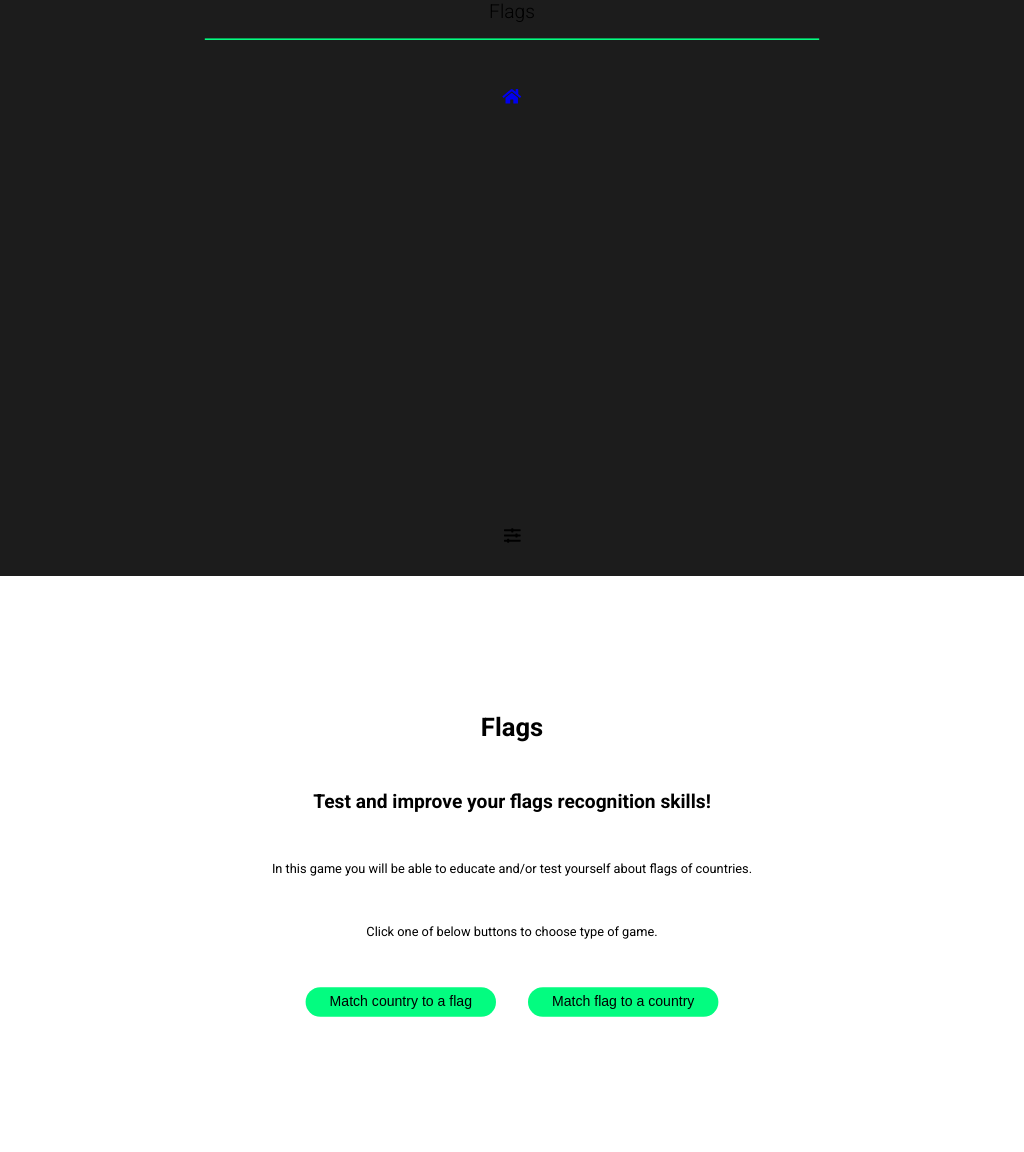
Repository: RXBVK/Flags
Page: /
These files come from the project's save history. The page is drawn as it stood at one moment and after the next save; the edit follows.
The browser window is 1280 px wide. The pictures show the whole page, at 80% of full size.
The project was rebuilt for these pictures with package versions that can differ from the ones it lists, and the page was loaded fresh each time.

Above is the page before, as saved 2021-06-29 16:38:43.

### public/index.html
<!DOCTYPE html>
<html lang="en">

<head>
  <meta charset="utf-8" />
  <link rel="icon" href="%PUBLIC_URL%/favicon.ico" />
  <meta name="viewport" content="width=device-width, initial-scale=1" />
  <meta name="theme-color" content="#000000" />
  <meta name="description" content="Web site created using create-react-app" />
  <link rel="apple-touch-icon" href="%PUBLIC_URL%/logo192.png" />
  <!--
      manifest.json provides metadata used when your web app is installed on a
      user's mobile device or desktop. See https://developers.google.com/web/fundamentals/web-app-manifest/
    -->
  <link rel="manifest" href="%PUBLIC_URL%/manifest.json" />
  <link rel="preconnect" href="https://fonts.googleapis.com">
  <link rel="preconnect" href="https://fonts.gstatic.com" crossorigin>
  <link href="https://fonts.googleapis.com/css2?family=Roboto:wght@100;300;400;500;700;900&display=swap"
    rel="stylesheet">
  <!--
      Notice the use of %PUBLIC_URL% in the tags above.
      It will be replaced with the URL of the `public` folder during the build.
      Only files inside the `public` folder can be referenced from the HTML.

      Unlike "/favicon.ico" or "favicon.ico", "%PUBLIC_URL%/favicon.ico" will
      work correctly both with client-side routing and a non-root public URL.
      Learn how to configure a non-root public URL by running `npm run build`.
    -->
  <title>Learn Countries Flags</title>
</head>

<body>
  <noscript>You need to enable JavaScript to run this app.</noscript>
  <div id="root"></div>
  <!--
      This HTML file is a template.
      If you open it directly in the browser, you will see an empty page.

      You can add webfonts, meta tags, or analytics to this file.
      The build step will place the bundled scripts into the <body> tag.

      To begin the development, run `npm start` or `yarn start`.
      To create a production bundle, use `npm run build` or `yarn build`.
    -->
</body>

</html>

### src/App.js
import Navigation from "./components/Navigation/Navigation";
import { BrowserRouter as Router } from "react-router-dom";

function App() {
  return (
    <>
      <Router>
        <Navigation />
      </Router>
    </>
  );
}

export default App;

### src/components/Navigation/Navigation.js
import React, { useState } from "react";
import { Switch, Route, NavLink } from "react-router-dom";
import { faHome, faSlidersH } from "@fortawesome/free-solid-svg-icons";
import { FontAwesomeIcon } from "@fortawesome/react-fontawesome";
import Divider from "../../utils/Divider";
import Home from "../Home/Home";
import "./Navigation.css";

export default function Navigation() {
  return (
    <>
      <div className="navigation">
        <logo className="navigation__logo">Flags</logo>
        <Divider width={60} height={3} />
        <div className="navigation__menu">
          <NavLink exact to="/">
            <FontAwesomeIcon icon={faHome} />
          </NavLink>
        </div>
        <FontAwesomeIcon icon={faSlidersH} />
      </div>
      <Switch>
        <Route exact path="/">
          <Home />
        </Route>
        {/* <Route>
                        <NotFound />
                    </Route> */}
      </Switch>
    </>
  );
}

### src/utils/Divider.js
import React from "react";

export default function Divider(props) {
  return (
    <div
      style={{
        width: `${props.width}%`,
        height: `${props.height}px`,
        backgroundColor: "#03fc80",
      }}
    ></div>
  );
}

### src/components/Home/Home.js
import React from "react";

export default function Home() {
  return (
    <div className="container">
      <h1>Flags</h1>
      <h2>Test and improve your flags recognition skills!</h2>
      <p>
        In this game you will be able to educate and/or test yourself about
        flags of countries.
      </p>
      <p>Click one of below buttons to choose type of game.</p>
      <div>
        <button className="button button--basic">
          Match country to a flag
        </button>
        <button className="button button--basic">
          Match flag to a country
        </button>
      </div>
    </div>
  );
}

### src/components/Navigation/Navigation.css
.container {
  position: relative;
  display: -webkit-box;
  display: -ms-flexbox;
  display: flex;
  -webkit-box-orient: vertical;
  -webkit-box-direction: normal;
      -ms-flex-direction: column;
          flex-direction: column;
  -webkit-box-pack: center;
      -ms-flex-pack: center;
          justify-content: center;
  -webkit-box-align: center;
      -ms-flex-align: center;
          align-items: center;
  text-align: center;
  width: 100%;
  height: 100vh;
  overflow-y: auto;
}

.button {
  border: none;
  border-radius: 25px;
  cursor: pointer;
  -webkit-transition: all 200ms linear;
  transition: all 200ms linear;
}

.button--basic {
  min-width: 200px;
  min-height: 35px;
  background-color: #03fc80;
  font-size: 1.1em;
  margin: 0 20px;
  padding: 8px 30px;
}

.button--basic:hover {
  -webkit-filter: brightness(80%);
          filter: brightness(80%);
}

.button--answer {
  min-width: 250px;
  min-height: 40px;
  font-size: 1em;
  padding: 8px 30px;
  background-color: transparent;
  color: white;
  border: 2px solid #03fc80;
}

.button--answer:hover {
  background-color: #03fc80;
  color: black;
}

.button--light-border {
  border: 1px solid #03fc80;
  border-radius: 0;
  padding: 10px 40px;
}

.button--light-border:hover {
  background-color: #03fc80;
  color: black;
}

.game__container {
  display: -webkit-box;
  display: -ms-flexbox;
  display: flex;
  -webkit-box-orient: vertical;
  -webkit-box-direction: normal;
      -ms-flex-direction: column;
          flex-direction: column;
  -webkit-box-align: center;
      -ms-flex-align: center;
          align-items: center;
  -webkit-box-pack: center;
      -ms-flex-pack: center;
          justify-content: center;
  height: 100%;
  width: 100%;
}

.answers {
  display: -ms-grid;
  display: grid;
  margin: 60px 0 20px 0;
}

@media (max-width: 1000px) {
  .answers {
    -ms-grid-columns: (1fr)[1];
        grid-template-columns: repeat(1, 1fr);
    gap: 25px 0;
    width: 95%;
  }
}

@media (min-width: 1001px) {
  .answers {
    -ms-grid-columns: (1fr)[2];
        grid-template-columns: repeat(2, 1fr);
    gap: 25px 20px;
  }
}

::-webkit-scrollbar {
  width: 10px;
}

/* Track */
::-webkit-scrollbar-track {
  background: #1c1c1c;
}

/* Handle */
::-webkit-scrollbar-thumb {
  background: #2f2f2f;
  border-radius: 10px;
}

/* Handle on hover */
::-webkit-scrollbar-thumb:hover {
  background: #393939;
}

.game__score,
.game__time {
  position: absolute;
  bottom: 30px;
}

.game__score {
  left: 30px;
}

.game__time {
  right: 30px;
}

@media (min-width: 1001px) {
  .container > * {
    margin: 30px 0;
  }
}

.navigation {
  min-width: 150px;
  height: 100vh;
  background-color: #1c1c1c;
  display: -webkit-box;
  display: -ms-flexbox;
  display: flex;
  -webkit-box-orient: vertical;
  -webkit-box-direction: normal;
      -ms-flex-direction: column;
          flex-direction: column;
  -webkit-box-align: center;
      -ms-flex-align: center;
          align-items: center;
  overflow-y: auto;
}

.navigation > * {
  margin: 20px 0;
}

.navigation > :first-child {
  margin-top: 20px;
}

.navigation > :last-child {
  margin-bottom: 40px;
}

.navigation .navigation__logo {
  font-size: 1.5em;
  position: relative;
  font-weight: 300;
  margin: 0;
}

.navigation .navigation__menu {
  display: -webkit-box;
  display: -ms-flexbox;
  display: flex;
  -webkit-box-orient: vertical;
  -webkit-box-direction: normal;
      -ms-flex-direction: column;
          flex-direction: column;
  -webkit-box-align: center;
      -ms-flex-align: center;
          align-items: center;
  height: 100%;
}

.navigation .navigation__menu > * {
  margin: 20px 0;
}

.navigation svg {
  font-size: 1.3em;
  cursor: pointer;
}

@media (max-width: 1000px) {
  .navigation {
    display: none;
  }
}
/*# sourceMappingURL=Navigation.css.map */

Loaded but not shown: src/index.js (common file); src/index.css (common file); src/reportWebVitals.js (common file)

After the next save:
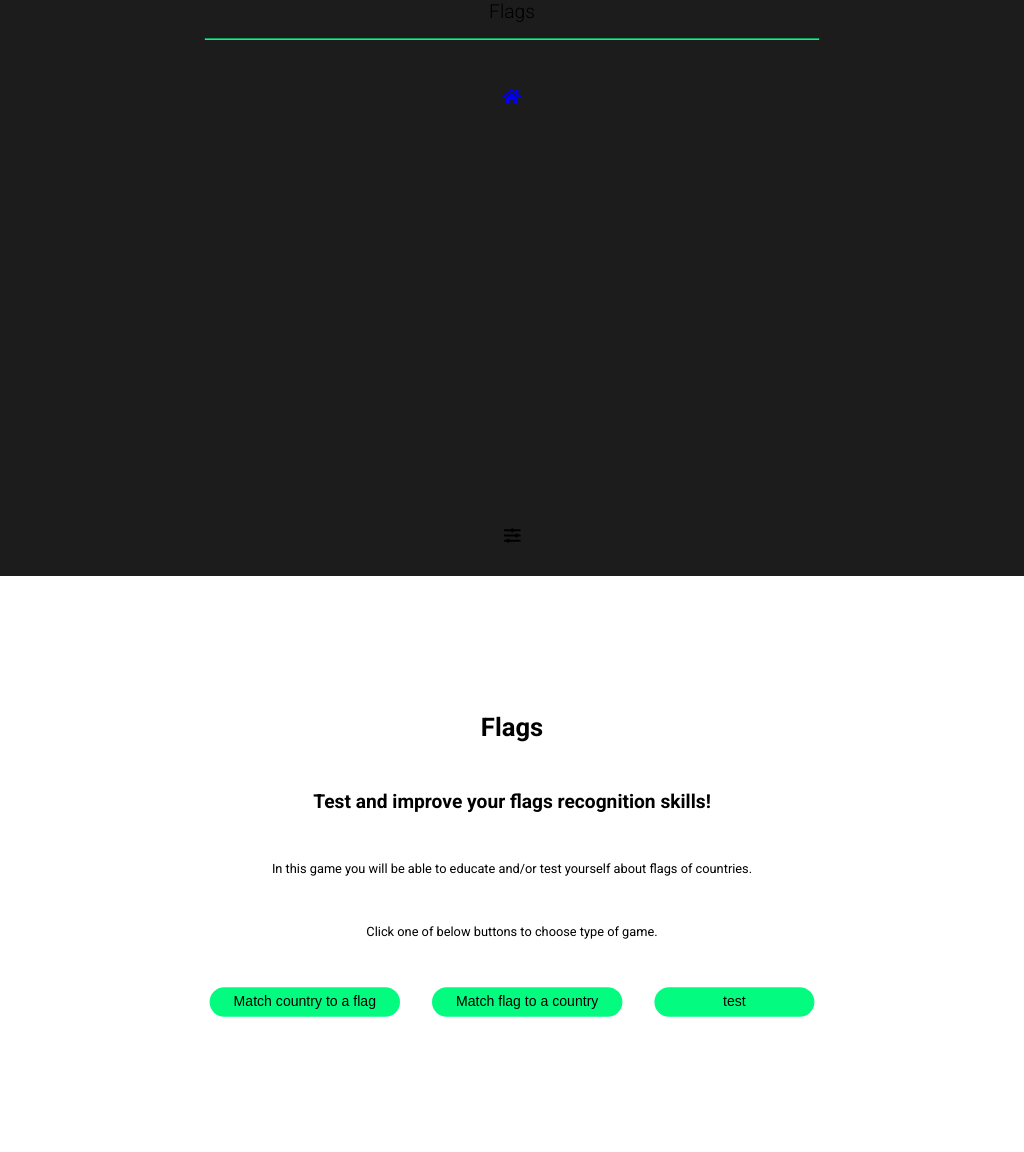
Saved 12 s later.
--- a/src/components/Home/Home.js
+++ b/src/components/Home/Home.js
@@ -17,6 +17,7 @@ export default function Home() {
         <button className="button button--basic">
           Match flag to a country
         </button>
+        <button className="button button--basic">test</button>
       </div>
     </div>
   );
